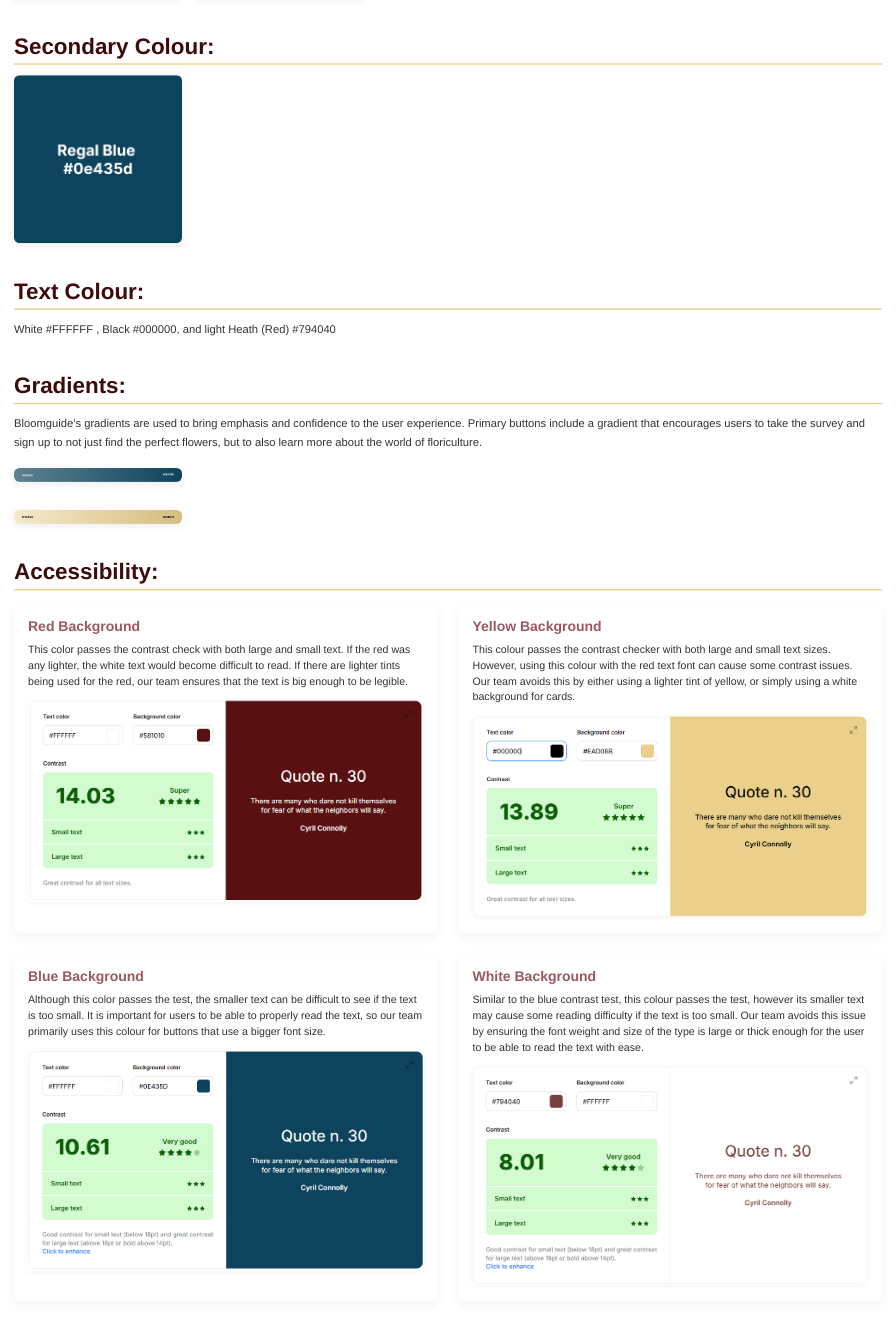
Repository: Emmalee06/styleguide-design2
Page: colours.html
These files come from the project's save history. The page is drawn as it stood at one moment and after the next save; the edit follows.
The browser window is 1280 px wide. The pictures show the part of the page from y = 778 to 2698 px (the page is 2698 px tall before and 2630 px after), at 70% of full size.

Above is the page before, as saved 2025-04-06 23:12:21.

### colours.html
<!DOCTYPE html>
<html lang="en">

<head>
    <meta charset="UTF-8" />
    <meta name="viewport" content="width=device-width, initial-scale=1.0" />
    <title>StyleGuide Design</title>
    <link rel="stylesheet" href="style.css" />
</head>

<body>
    <!-- Header with reduced height -->
    <section class="header small-header">
        <nav>
            <a href="index.html"><img src="images/logo.jpg" width="300" height="100" alt="Bloomguide logo" /></a>

            <div class="nav-links">
                <ul>
                    <li><a href="index.html">HOME</a></li>
                    <li><a href="logo.html">LOGO</a></li>
                    <li><a href="colours.html">COLOURS</a></li>
                    <li><a href="typography.html">TYPOGRAPHY</a></li>
                    <li><a href="graphics.html">GRAPHICS</a></li>
                    <li><a href="references.html">REFERENCES</a></li>
                </ul>
            </div>
        </nav>
        <h1>COLOURS</h1>
    </section>

    <!-- COLOUR CONTENT -->
    <section class="logo">
        <p>
            The colours we chose for Bloomguide are more earthy, meant to reflect the app’s purpose which is to help
            users find the perfect flower for any occasion. The warmer tones are meant to provide comfort to the users,
            inviting them to feel open to learning and understanding the different meanings and uses for flowers. Many
            people may find the idea of finding the perfect flower or bouquet overwhelming, which is why Bloomguide’s
            colour palette echoes the feeling of calm to its users.
        </p>
    </section>
    <section class="colours">
        <h1>Primary Colour:</h1>
        <div class="image-row">
            <img src="images/red.png" alt="Red" />
            <img src="images/yellow.png" alt="Chardonnay Yellow" />
        </div>

        <h1>Secondary Colour:</h1>
        <div class="image-row">
            <img src="images/blue.png" alt="Blue" />
        </div>

        <h1>Text Colour:</h1>
        <p>White #FFFFFF , Black #000000, and light Heath (Red) #794040</p>

        <h1>Gradients:</h1>
        <p>
            Bloomguide’s gradients are used to bring emphasis and confidence to the user experience. Primary buttons
            include a gradient that encourages users to take the survey and sign up to not just find the perfect
            flowers, but to also learn more about the world of floriculture.
        </p>

        <div class="image-row">
            <img src="images/blue gradient.png" alt="#" />
        </div>

        <div class="image-row">
            <img src="images/yellow gradient.png" alt="#" />
        </div>

        <h1>Accessibility:</h1>

        <div class="accessibility-grid">
            <div class="access-card">
                <h2>Red Background</h2>
                <p>This color passes the contrast check with both large and small text. If the red was any lighter, the
                    white text would become difficult to read. If there are lighter tints being used for the red, our
                    team ensures that the text is big enough to be legible.</p>
                <img src="images/red-background.png" alt="#" />
            </div>

            <div class="access-card">
                <h2>Yellow Background</h2>
                <p>This colour passes the contrast checker with both large and small text sizes. However, using this
                    colour with the red text font can cause some contrast issues. Our team avoids this by either using a
                    lighter tint of yellow, or simply using a white background for cards.</p>
                <img src="images/yellow-background.png" alt="#" />
            </div>

            <div class="access-card">
                <h2>Blue Background</h2>
                <p>Although this color passes the test, the smaller text can be difficult to see if the text is too
                    small. It is important for users to be able to properly read the text, so our team primarily uses
                    this colour for buttons that use a bigger font size.
                </p>
                <img src="images/blue-background.png" alt="#" />
            </div>

            <div class="access-card">
                <h2>White Background</h2>
                <p>Similar to the blue contrast test, this colour passes the test, however its smaller text may cause
                    some reading difficulty if the text is too small. Our team avoids this issue by ensuring the font
                    weight and size of the type is large or thick enough for the user to be able to read the text with
                    ease.</p>
                <img src="images/white_background-red_text.png" alt="#" />
            </div>
        </div>
    </section>
</body>

</html>

### style.css
* {
    margin: 0;
    padding: 0;
    box-sizing: border-box;
    font-family: 'Helvetica Neue', sans-serif;
}

.header {
    min-height: 100vh;
    width: 100%;
    background-image: linear-gradient(rgba(4, 9, 30, 0.6), rgba(4, 9, 30, 0.6)), url(images/background.png);
    background-size: cover;
    background-position: center;
    position: relative;
}

/* Nav bar */
nav {
    width: 100%;
    background-color: rgba(0, 0, 0, 0.3);
    padding: 20px 60px;
    overflow: hidden;
}

/* Logo on the left */
nav a img {
    float: left;
    height: 80px;
    width: auto;
}

/* Nav links on the right */
.nav-links {
    float: right;
    margin-top: 25px;
}

.nav-links ul {
    list-style: none;
}

.nav-links ul li {
    display: inline-block;
    margin-left: 25px;
}

.nav-links ul li a {
    text-decoration: none;
    color: white;
    font-size: 14px;
    font-weight: 500;
    position: relative;
}

.nav-links ul li::after {
    content: '';
    display: block;
    height: 2px;
    width: 0;
    background: #fcb6b6;
    transition: 0.4s;
    margin-top: 4px;
}

.nav-links ul li:hover::after {
    width: 100%;
}

.nav-links ul li a:hover {
    color: #fcb6b6;
}

.text-box h1 {
    font-size: 60px;
}

.text-box h2 {
    font-size: 36px;
    margin: 15px 0;
}

/*Home Content*/
.text-box {
    position: absolute;
    top: 55%;
    left: 50%;
    transform: translate(-50%, -50%);
    text-align: center;
    color: #fff;
}

.credits-wrapper {
    display: block;
    margin-top: 30px;
}

/* credits left-aligned within a centered container */
.credits {
    display: block;
    text-align: left;
    margin: 0 auto 20px auto;
    width: fit-content;
}

.credits p {
    font-size: 18px;
    color: #d3dae0;
    margin: 6px 0;
}

/* button under credits */
.start-btn {
    text-align: center;
}

.hero-btn {
    display: inline-block;
    text-decoration: none;
    color: #fff;
    border: 1px solid #fff;
    padding: 12px 30px;
    font-size: 14px;
    transition: 0.4s;
}

.hero-btn:hover {
    background-color: #8f1a47;
    border-color: #8f1a47;
}

/* logo content*/

.logo {
    max-width: 1000px;
    margin: 60px auto;
    padding: 0 20px;
}

.logo h1 {
    font-size: 2.5rem;
    margin-bottom: 20px;
    color: #5a3f2f;
    text-align: center;
}

.logo p {
    font-size: 1.1rem;
    margin-bottom: 40px;
    color: #555;
    text-align: center;
    line-height: 1.8;
}

.row {
    display: grid;
    grid-template-columns: repeat(auto-fit, minmax(220px, 1fr));
    gap: 30px;
}

.logo-col h3 {
    margin-bottom: 15px;
    font-size: 1.2rem;
    color: #bc526c;
}

.logo-col img {
    max-width: 100%;
    height: auto;
    border-radius: 8px;
}

.logo-col {
    background-color: #fff;
    padding: 20px;
    border-radius: 12px;
    box-shadow: 0 2px 10px rgba(0, 0, 0, 0.05);
    text-align: center;
    transition: transform 0.3s ease, box-shadow 0.3s ease;
}

.logo-col:hover {
    transform: translateY(-10px);
    box-shadow: 0 12px 25px rgba(0, 0, 0, 0.1);
}

/* Make header shorter for this page */
.small-header {
    min-height: 10px;
}

/* 4 cards into one row */
.fixed-row {
    display: flex;
    justify-content: space-between;
    flex-wrap: nowrap;
    gap: 30px;
}

.logo h2 {
    font-size: 1.5rem;
    color: #771f35;
    margin: 30px 0 15px;
    text-align: center;
}

.header.small-header h1 {
    position: relative;
    top: 50%;
    left: 50%;
    transform: translate(-50%, -50%);
    color: #fff;
    font-size: 60px;
    text-align: center;
    font-weight: bold;
    margin-top: 40px;
}


/*COLOURS PAGE*/
/* --- Main Container --- */
.colours {
    margin: 60px auto;
    padding: 0 20px;
    color: #333;
}

/* --- Headings --- */
.colours h1 {
    font-size: 2rem;
    margin-top: 50px;
    margin-bottom: 15px;
    color: #3E0B0B;
    border-bottom: 2px solid #EAD08B;
    padding-bottom: 6px;
}

/* --- Paragraphs --- */
.colours p {
    font-size: 1rem;
    margin-bottom: 25px;
    line-height: 1.6;
}

/* --- Image Rows --- */
.image-row {
    display: flex;
    gap: 20px;
    margin-bottom: 40px;
    align-items: center;
}

/* --- Image Blocks --- */
.image-row img {
    width: 240px;
    height: auto;
    border-radius: 8px;
    box-shadow: 0 3px 12px rgba(0, 0, 0, 0.08);
    transition: transform 0.3s ease;
}

.image-row img:hover {
    transform: scale(1.03);
}

/* --- Accessibility Section --- */
.accessibility-grid {
    display: grid;
    grid-template-columns: repeat(2, 1fr);
    gap: 30px;
    margin-top: 20px;
}

/* --- Individual Accessibility Cards --- */
.access-card {
    background: #fff;
    border-radius: 10px;
    padding: 20px;
    box-shadow: 0 6px 16px rgba(0, 0, 0, 0.05);
}

.access-card h2 {
    font-size: 1.25rem;
    color: #9b5861;
    margin-bottom: 10px;
}

.access-card p {
    font-size: 0.95rem;
    line-height: 1.5;
    margin-bottom: 15px;
}

.access-card img {
    width: 100%;
    border-radius: 6px;
    box-shadow: 0 2px 8px rgba(0, 0, 0, 0.05);
}

After the next save:
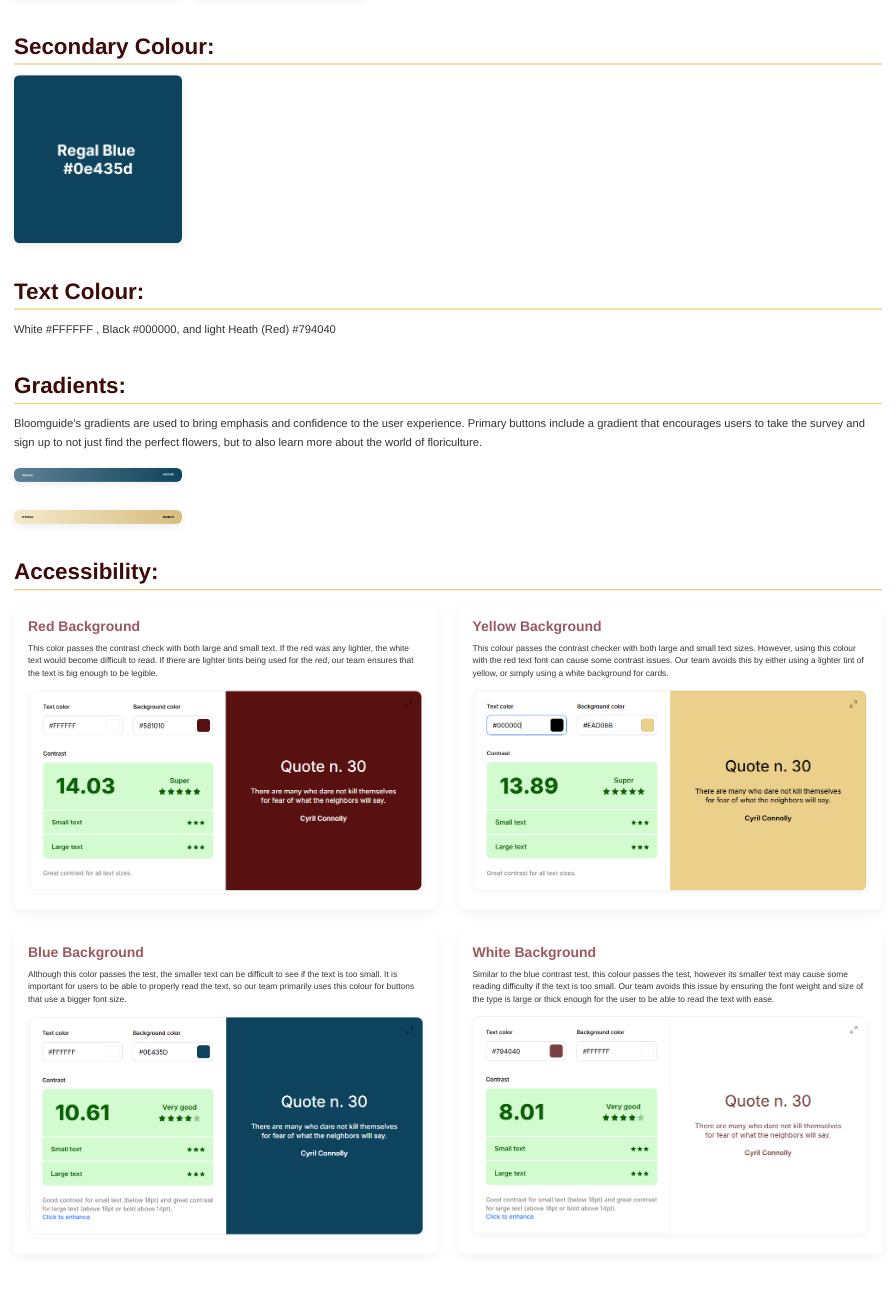
Saved 45 s later.
--- a/style.css
+++ b/style.css
@@ -285,7 +285,7 @@
 }
 
 .access-card p {
-    font-size: 0.95rem;
+    font-size: 12PX;
     line-height: 1.5;
     margin-bottom: 15px;
 }
